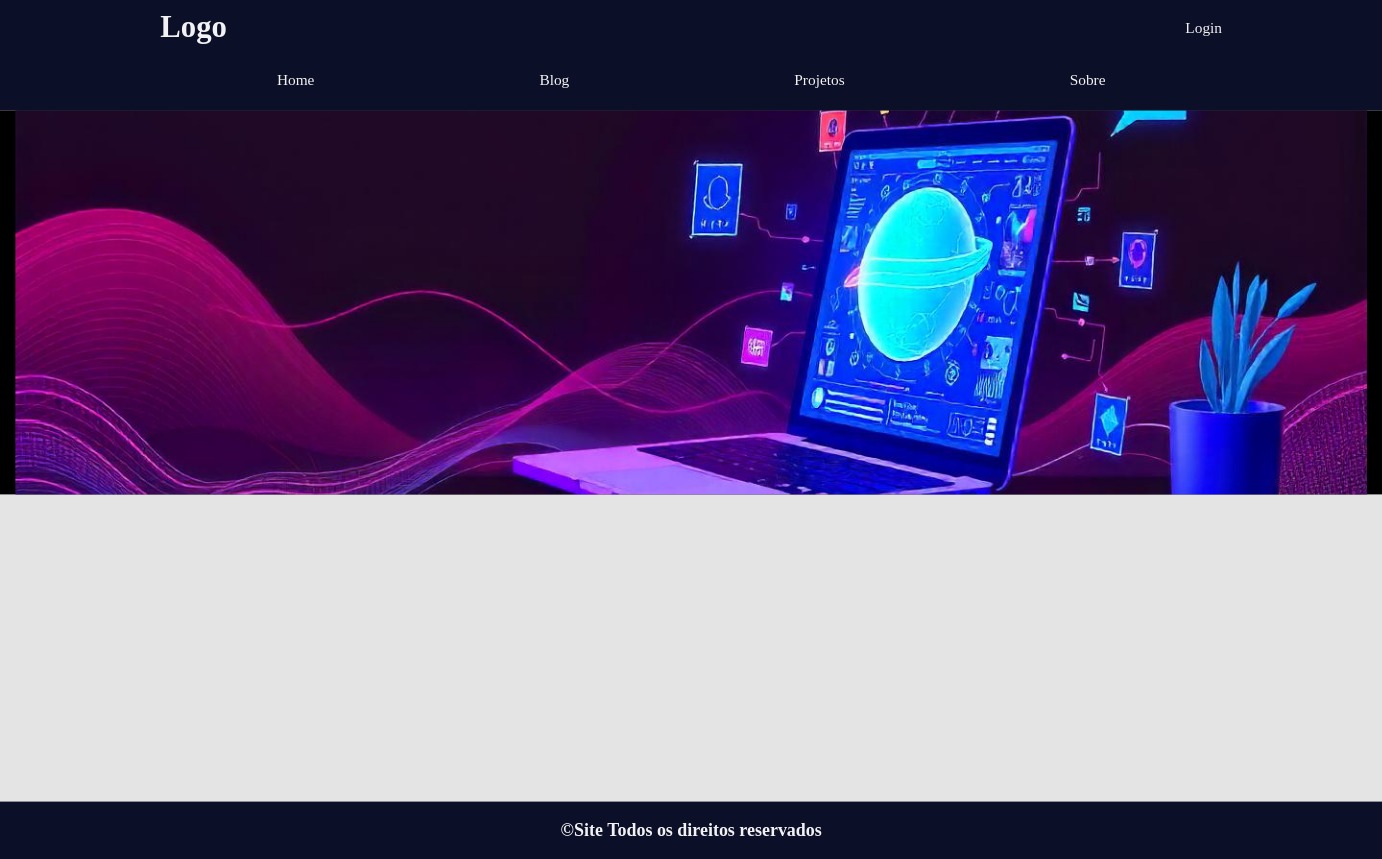
Repository: SauloMorais01/mysitefront-end
Page: index.html
These files come from the project's save history. The page is drawn as it stood at one moment and after the next save; the edit follows.
The browser window is 1440 px wide. The pictures show the whole page, at 96% of full size.

Above is the page before, as saved 2024-11-01 21:30:14.

After the next save:
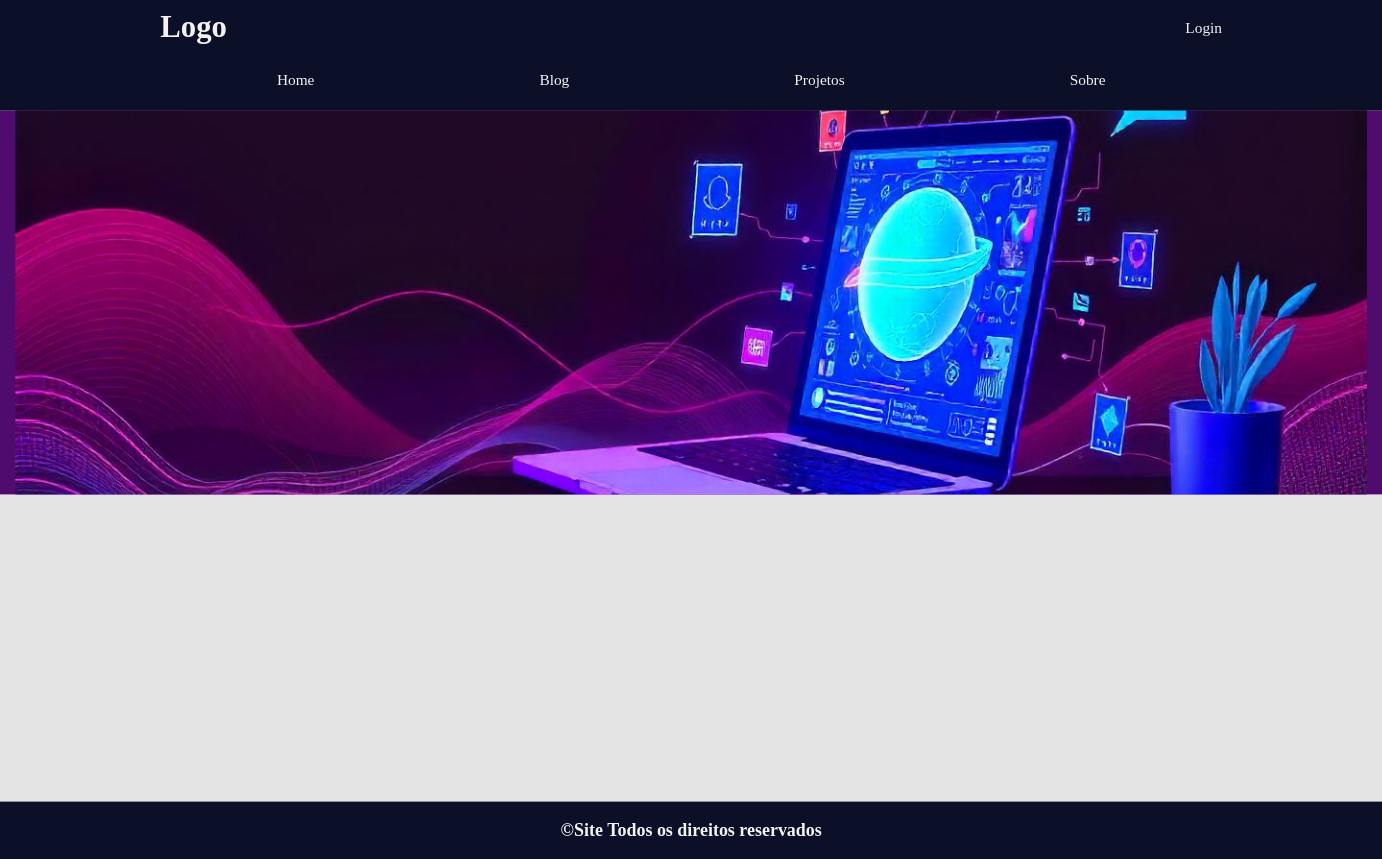
Saved 15 s later.
--- a/src/css/style.css
+++ b/src/css/style.css
@@ -407,7 +407,7 @@ footer h3 {
 
     /* Main */
     .info-top{
-        background: #000000;
+        background: #4f0c6e;
         height: 400px;
         background-image: url(../img/freepik__generate-images-about-web-development__7459.jpeg);
         background-position: center;
